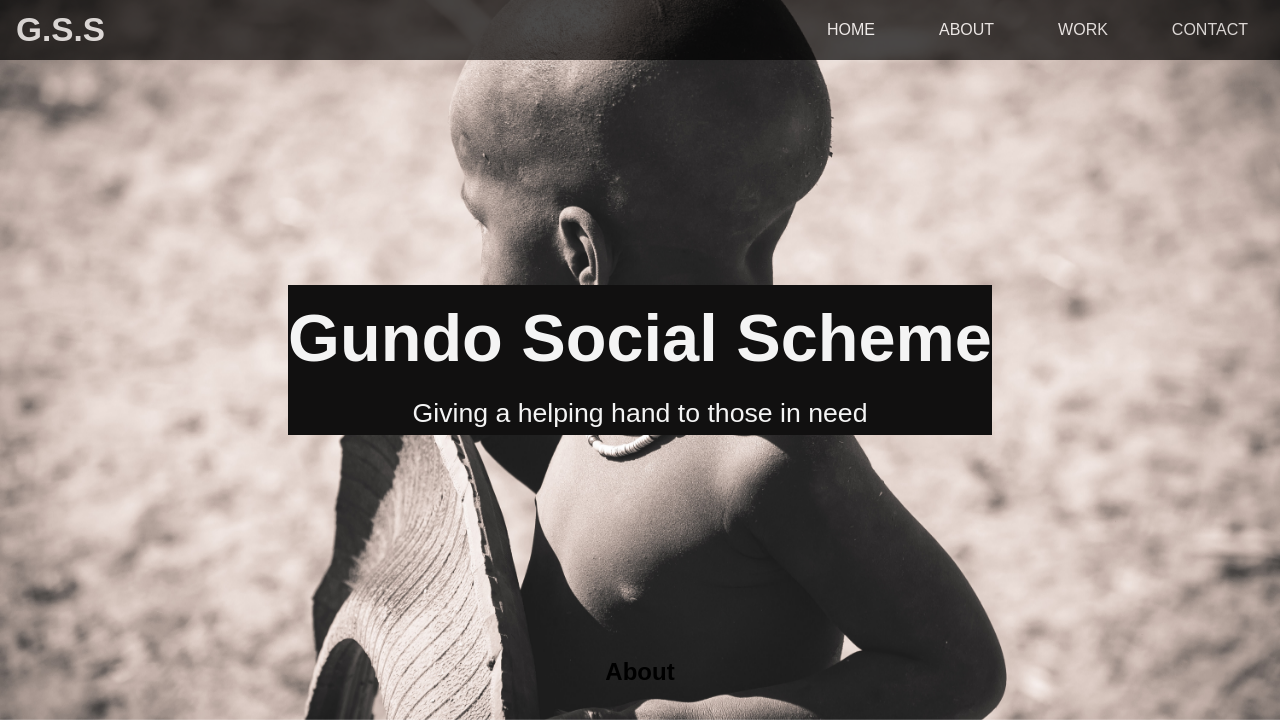
Repository: blessingNtoko/gss-basic_website
Page: index.html
The author's editor kept a copy of each file at every save. The page is drawn from the files as they stood at one save, then again after the next save.
The browser window is 1280 px wide. The pictures show the whole page.
An inner scrolling area shows only its first screen.

Above is the page before, as saved 2020-05-13 18:16:13.

After the next save:
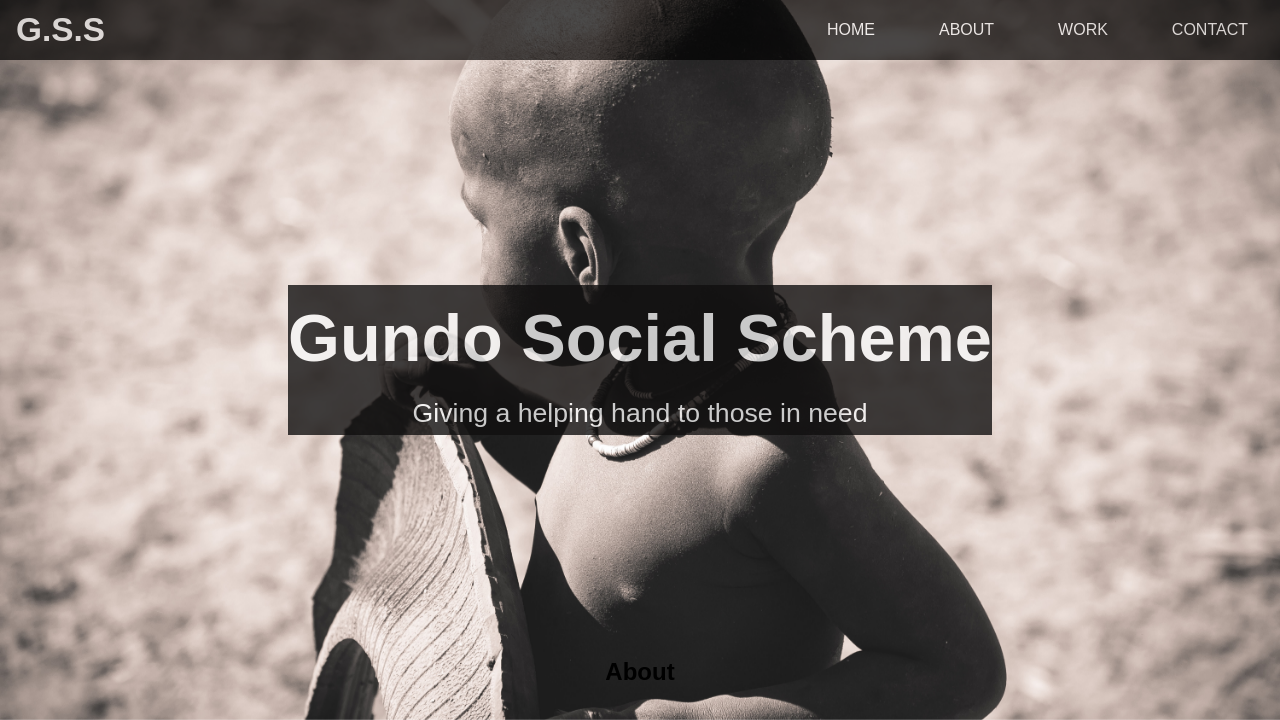
Saved 7 s later.
--- a/style.css
+++ b/style.css
@@ -93,6 +93,7 @@ section {
 
 #home .contain {
     background-color: rgb(17, 16, 16);
+    opacity: .8;
 }
 
 #home h1 {
